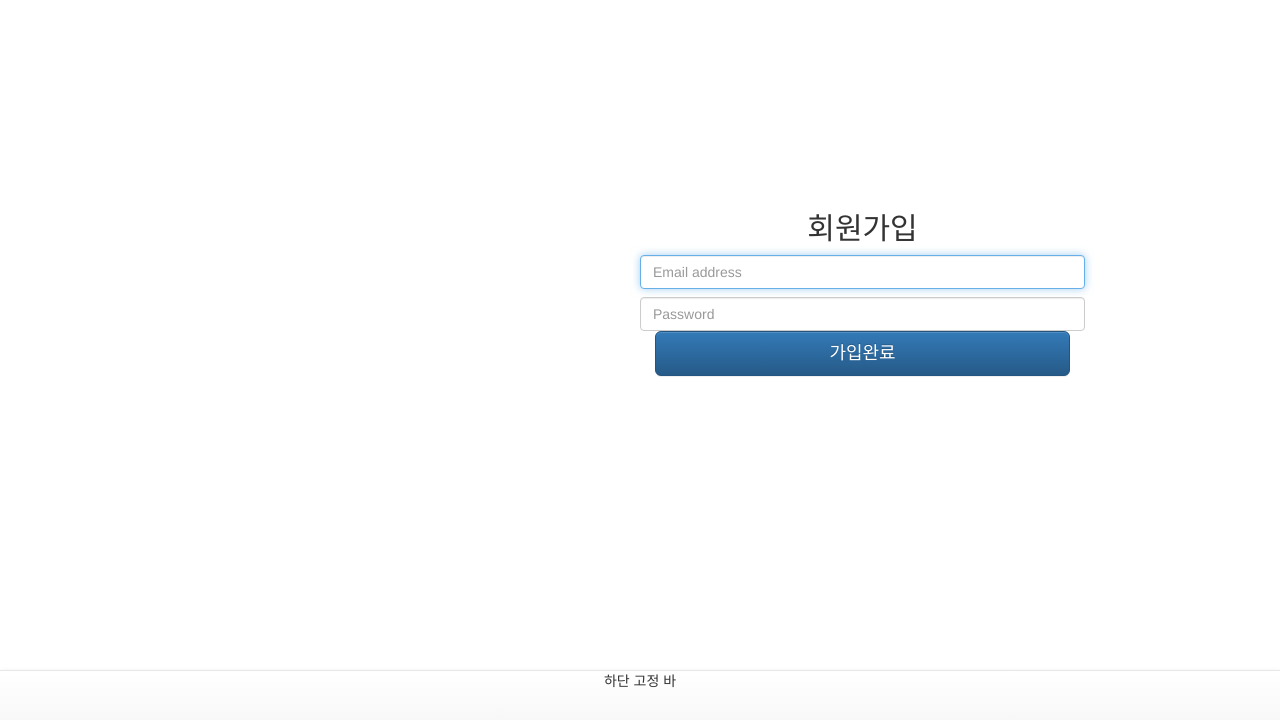
Repository: hrhwbp/Acorn-Final-Project
Page: http://localhost/final_project/index.jsp
The author's editor kept a copy of each file at every save. The page is drawn from the files as they stood at one save, then again after the next save.
The browser window is 1280 px wide. The pictures show the whole page.
Some web libraries are served in a nearby version. The page is served by Tomcat 9. Nobody is signed in. The application's start-up code is not run.

Above is the page before, as saved 2016-10-26 05:45:24.

After the next save:
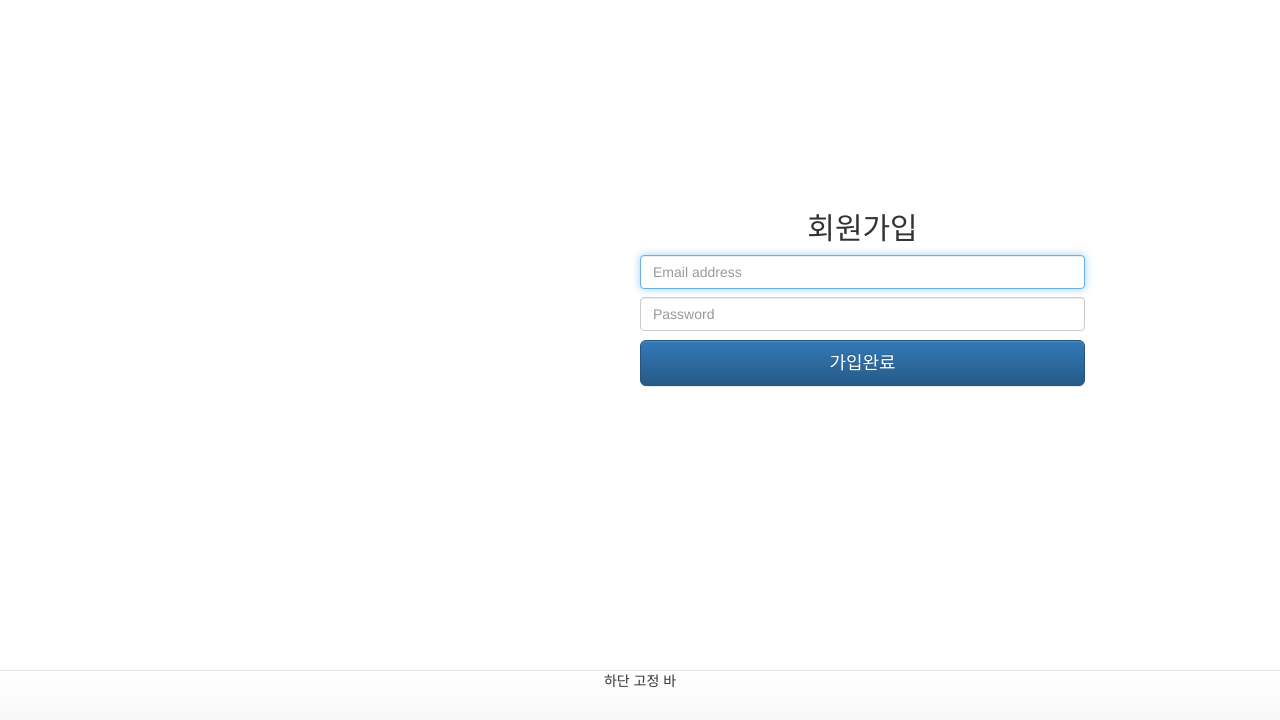
Saved 50 s later.
--- a/final_project/src/main/webapp/index.jsp
+++ b/final_project/src/main/webapp/index.jsp
@@ -70,8 +70,9 @@
 					type="password" id="inputPassword" class="form-control"
 					placeholder="Password" required>
 				</div>
-
-				<button class="btn btn-lg btn-primary btn-block top_pd" type="submit">가입완료</button>
+				<div class="row top_pd">
+				<button class="btn btn-lg btn-primary btn-block" type="submit">가입완료</button>
+				</div>
 			</form>
 
 		</div>
